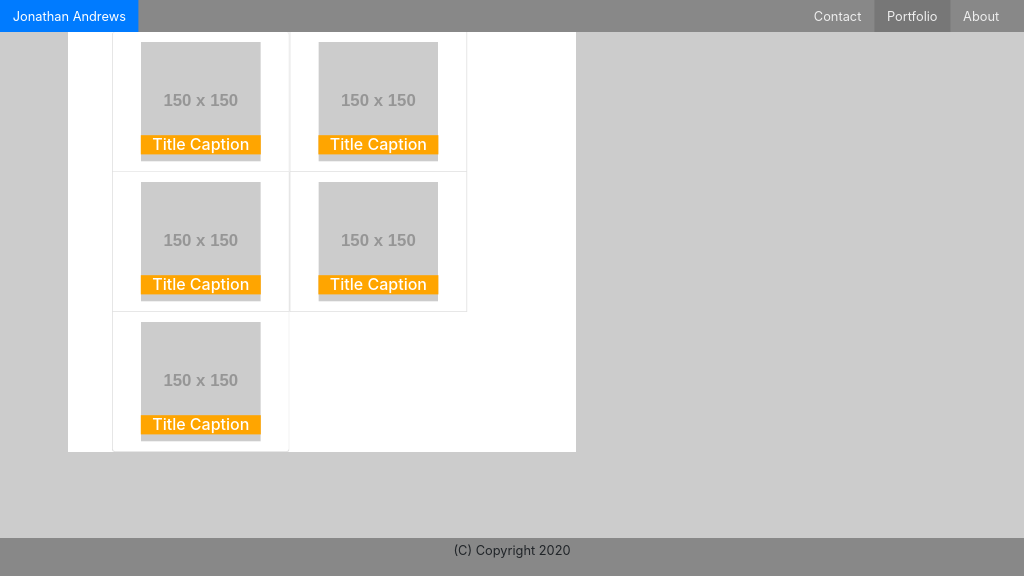
Repository: ionathas78/ionathas78.github.io
Page: portfolio.html
An editor plug-in stored every save of this project. The page is shown before and after the next save, followed by the edit.
The browser window is 1280 px wide. The pictures show the whole page, at 80% of full size.

Above is the page before, as saved 2020-03-17 19:19:36.

### portfolio.html
<!DOCTYPE html>
<html lang="en">
<head>
    <meta charset="UTF-8">
    <meta name="viewport" content="width=device-width, initial-scale=1.0">
    <title>Jonathan Andrews</title>

    <link rel="stylesheet" href="https://stackpath.bootstrapcdn.com/bootstrap/4.4.1/css/bootstrap.min.css" integrity="sha384-Vkoo8x4CGsO3+Hhxv8T/Q5PaXtkKtu6ug5TOeNV6gBiFeWPGFN9MuhOf23Q9Ifjh" crossorigin="anonymous">
    <style type="text/CSS">
        .list-group-item, li:first-child {border-top: 0;}
        /* Extra small devices (portrait phones, less than 576px) */
        @media (max-width: 575px) {
            img {
                width: "50%";
                height: "50%";
            }
            h5 {
                font-size: 0.5vw;
            }
         }

        /* Small devices (landscape phones, 576px and up) */
        @media (min-width: 576px) and (max-width: 767px) {
            img {
                width: "70%";
                height: "70%";
            }
            h5 {
                font-size: 0.75vw;
            }
        }

        /* Medium devices (tablets, 768px and up) */
        @media (min-width: 768px) and (max-width: 991px) {
            img {
                width: "85%";
                height: "85%";
            }
            h5 {
                font-size: 1.0vw;
            }
        }

        /* Large devices (desktops, 992px and up) */
        @media (min-width: 992px) and (max-width: 1199px) {
            img {
                width: "100%";
                height: "100%";
            }
            h5 {
                font-size: 2.0vw;
            }
        }

    </style>
</head>
<body style="background-color: #ccc">
    <header>
        <ul class="nav col-sm-12 col-med-3 col-lg-3 float-left" style="background-color: #888;">
            <li class="nav-item bg-primary">
              <a class="nav-link active" href="#" style="color: white;">Jonathan Andrews</a>
            </li>
        </ul>
        <ul class="nav col-sm-12 col-med-9 col-lg-9 float-left" style="background-color: #888; flex-direction: row-reverse;">
            <li class="nav-item">
              <a class="nav-link" href="index.html" style="color: #eee;">About</a>
            </li>
            <li class="nav-item">
              <a class="nav-link active" href="portfolio.html" style="background-color: #777; color: #eee;">Portfolio</a>
            </li>
            <li class="nav-item">
                <a class="nav-link" href="contact.html" style="color: #eee;">Contact</a>
            </li>
        </ul>
    </header>

    <div class="container">
        <div class="row" style="clear:both;">
            <div class="col-sm-9 col-md-8 col-lg-7">
                <div class="container clearfix" style="background-color: white;">
                    <!-- <ul class="list-group list-group-horizontal float-left"> -->
                    <ul style="align-content: space-around;">
                        <li class="list-group-item float-left">
                            <div class="container">
                                <a style="position: relative;" href="" target="_blank"><img src="https://via.placeholder.com/150" alt="Placeholder Item Image"/></a>
                                <h5 style="position: absolute; background-color: orange; color: white; bottom: 1vw; width: 150px; text-align: center;">Title Caption</h5>
                            </div>
                        </li>
                        <li class="list-group-item float-left">
                            <div class="container">
                                <a style="position: relative;" href="" target="_blank"><img src="https://via.placeholder.com/150" alt="Placeholder Item Image"/></a>
                                <h5 style="position: absolute; background-color: orange; color: white; bottom: 1vw; width: 150px; text-align: center;">Title Caption</h5>
                            </div>
                        </li>
                        <li class="list-group-item float-left">
                            <div class="container">
                                <a style="position: relative;" href="" target="_blank"><img src="https://via.placeholder.com/150" alt="Placeholder Item Image"/></a>
                                <h5 style="position: absolute; background-color: orange; color: white; bottom: 1vw; width: 150px; text-align: center;">Title Caption</h5>
                            </div>
                        </li>
                        <li class="list-group-item float-left">
                            <div class="container">
                                <a style="position: relative;" href="" target="_blank"><img src="https://via.placeholder.com/150" alt="Placeholder Item Image"/></a>
                                <h5 style="position: absolute; background-color: orange; color: white; bottom: 1vw; width: 150px; text-align: center;">Title Caption</h5>
                            </div>
                        </li>
                        <li class="list-group-item float-left">
                            <div class="container">
                                <a style="position: relative;" href="" target="_blank"><img src="https://via.placeholder.com/150" alt="Placeholder Item Image"/></a>
                                <h5 style="position: absolute; background-color: orange; color: white; bottom: 1vw; width: 150px; text-align: center;">Title Caption</h5>
                            </div>
                        </li>
                      </ul>
                </div>
            </div>
        </div>
    </div>

    <footer style="position: fixed; bottom: 0; background-color: #888; width: 100%;">
        <p style="line-height: 200%; text-align: center;">
            (C) Copyright 2020
        </p>
    </footer>
    <!-- JS Scripts -->

    <script src="https://code.jquery.com/jquery-3.4.1.slim.min.js" integrity="sha384-J6qa4849blE2+poT4WnyKhv5vZF5SrPo0iEjwBvKU7imGFAV0wwj1yYfoRSJoZ+n" crossorigin="anonymous"></script>
    <script src="https://cdn.jsdelivr.net/npm/popper.js@1.16.0/dist/umd/popper.min.js" integrity="sha384-Q6E9RHvbIyZFJoft+2mJbHaEWldlvI9IOYy5n3zV9zzTtmI3UksdQRVvoxMfooAo" crossorigin="anonymous"></script>
    <script src="https://stackpath.bootstrapcdn.com/bootstrap/4.4.1/js/bootstrap.min.js" integrity="sha384-wfSDF2E50Y2D1uUdj0O3uMBJnjuUD4Ih7YwaYd1iqfktj0Uod8GCExl3Og8ifwB6" crossorigin="anonymous"></script>
</body>
</html>

After the next save:
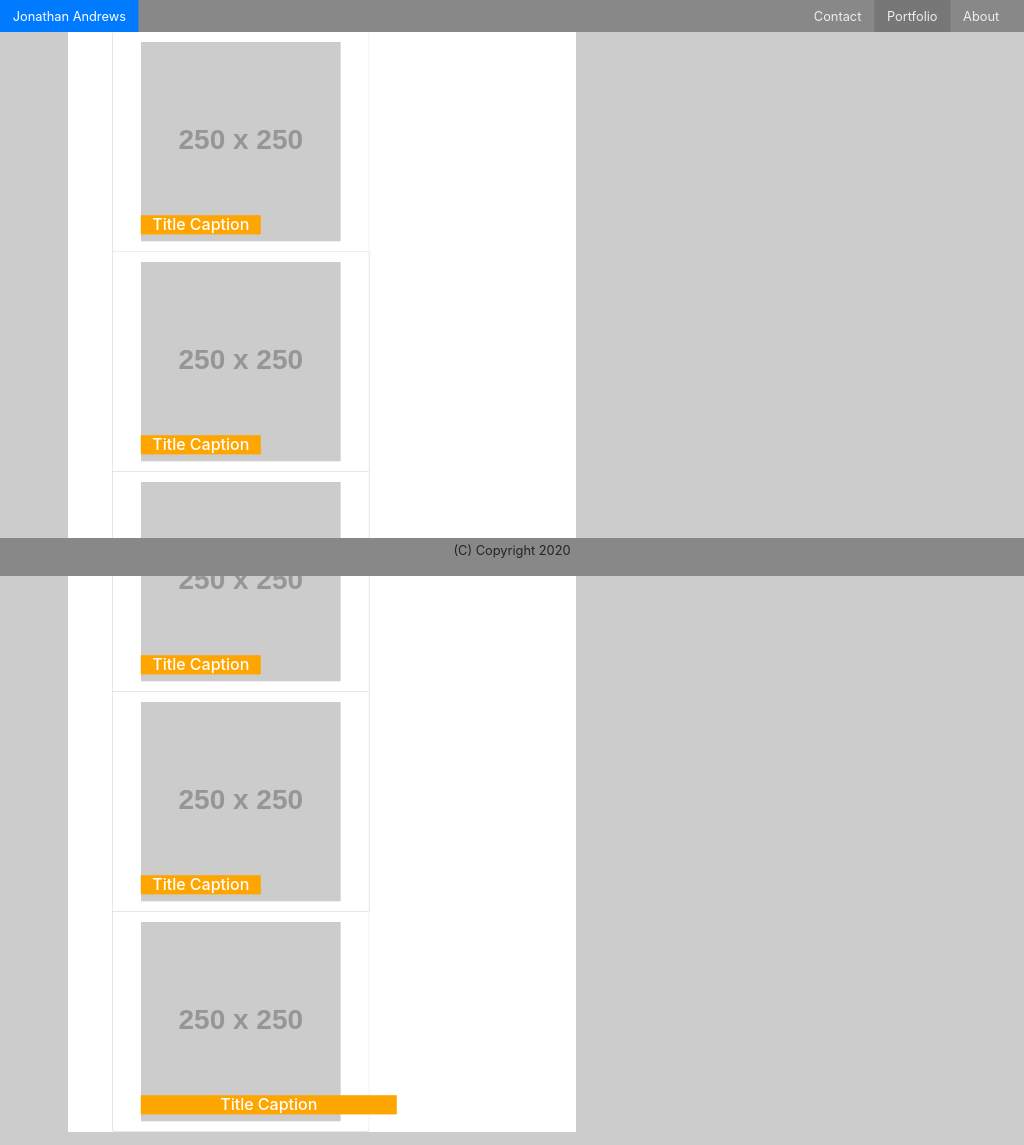
Saved 80 s later.
--- a/portfolio.html
+++ b/portfolio.html
@@ -82,32 +82,32 @@
                     <ul style="align-content: space-around;">
                         <li class="list-group-item float-left">
                             <div class="container">
-                                <a style="position: relative;" href="" target="_blank"><img src="https://via.placeholder.com/150" alt="Placeholder Item Image"/></a>
+                                <a style="position: relative;" href="" target="_blank"><img src="https://via.placeholder.com/250" alt="Placeholder Item Image"/></a>
                                 <h5 style="position: absolute; background-color: orange; color: white; bottom: 1vw; width: 150px; text-align: center;">Title Caption</h5>
                             </div>
                         </li>
                         <li class="list-group-item float-left">
                             <div class="container">
-                                <a style="position: relative;" href="" target="_blank"><img src="https://via.placeholder.com/150" alt="Placeholder Item Image"/></a>
+                                <a style="position: relative;" href="" target="_blank"><img src="https://via.placeholder.com/250" alt="Placeholder Item Image"/></a>
                                 <h5 style="position: absolute; background-color: orange; color: white; bottom: 1vw; width: 150px; text-align: center;">Title Caption</h5>
                             </div>
                         </li>
                         <li class="list-group-item float-left">
                             <div class="container">
-                                <a style="position: relative;" href="" target="_blank"><img src="https://via.placeholder.com/150" alt="Placeholder Item Image"/></a>
+                                <a style="position: relative;" href="" target="_blank"><img src="https://via.placeholder.com/250" alt="Placeholder Item Image"/></a>
                                 <h5 style="position: absolute; background-color: orange; color: white; bottom: 1vw; width: 150px; text-align: center;">Title Caption</h5>
                             </div>
                         </li>
                         <li class="list-group-item float-left">
                             <div class="container">
-                                <a style="position: relative;" href="" target="_blank"><img src="https://via.placeholder.com/150" alt="Placeholder Item Image"/></a>
+                                <a style="position: relative;" href="" target="_blank"><img src="https://via.placeholder.com/250" alt="Placeholder Item Image"/></a>
                                 <h5 style="position: absolute; background-color: orange; color: white; bottom: 1vw; width: 150px; text-align: center;">Title Caption</h5>
                             </div>
                         </li>
                         <li class="list-group-item float-left">
                             <div class="container">
-                                <a style="position: relative;" href="" target="_blank"><img src="https://via.placeholder.com/150" alt="Placeholder Item Image"/></a>
-                                <h5 style="position: absolute; background-color: orange; color: white; bottom: 1vw; width: 150px; text-align: center;">Title Caption</h5>
+                                <a style="position: relative;" href="" target="_blank"><img src="https://via.placeholder.com/250" alt="Placeholder Item Image"/></a>
+                                <h5 style="position: absolute; background-color: orange; color: white; bottom: 1vw; width: 100%; text-align: center;">Title Caption</h5>
                             </div>
                         </li>
                       </ul>
